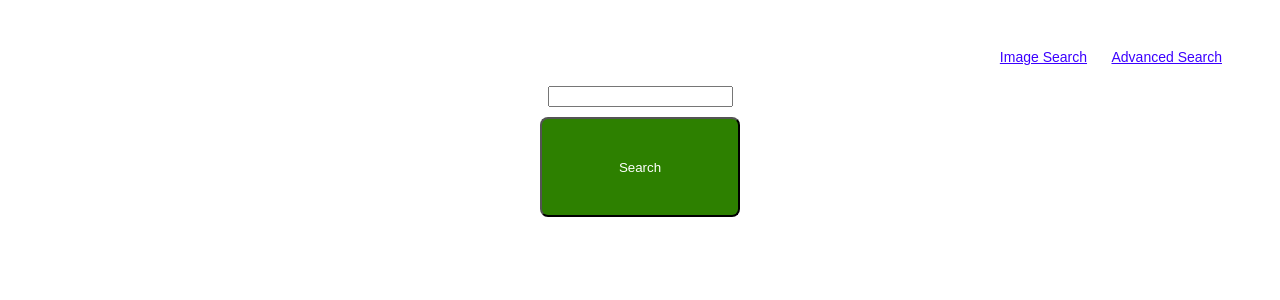
Repository: lyutok/cs50-search-project
Page: google.html
An editor plug-in stored every save of this project. The page is shown before and after the next save, followed by the edit.
The browser window is 1280 px wide. The pictures show the whole page.
The style sheet was rebuilt from its Sass, Less or Tailwind sources for each picture, by a compiler version that may differ from the author's.

Above is the page before, as saved 2025-07-05 19:17:44.

After the next save:
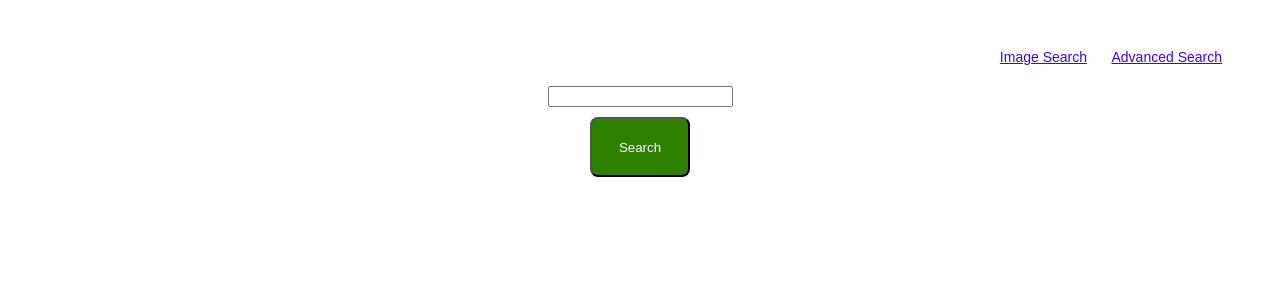
Saved 27 s later.
--- a/styles.scss
+++ b/styles.scss
@@ -22,6 +22,6 @@ button {
     border-radius: 8px;
     background-color: rgb(45, 128, 0);
     color: white;
-    height: 100px;
-    width: 200px;
+    height: 60px;
+    width: 100px;
 }
